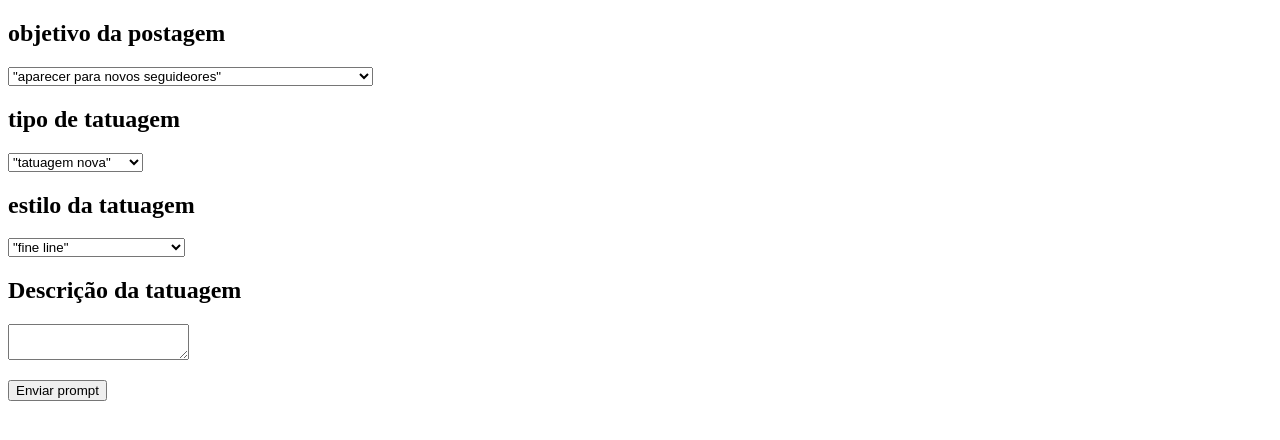
Repository: Ubiratandev/ink_api
Page: ink_IA/ink_ia.html
These files come from the project's save history. The page is drawn as it stood at one moment and after the next save; the edit follows.
The browser window is 1280 px wide. The pictures show the whole page.

Above is the page before, as saved 2026-03-23 23:09:26.

After the next save:
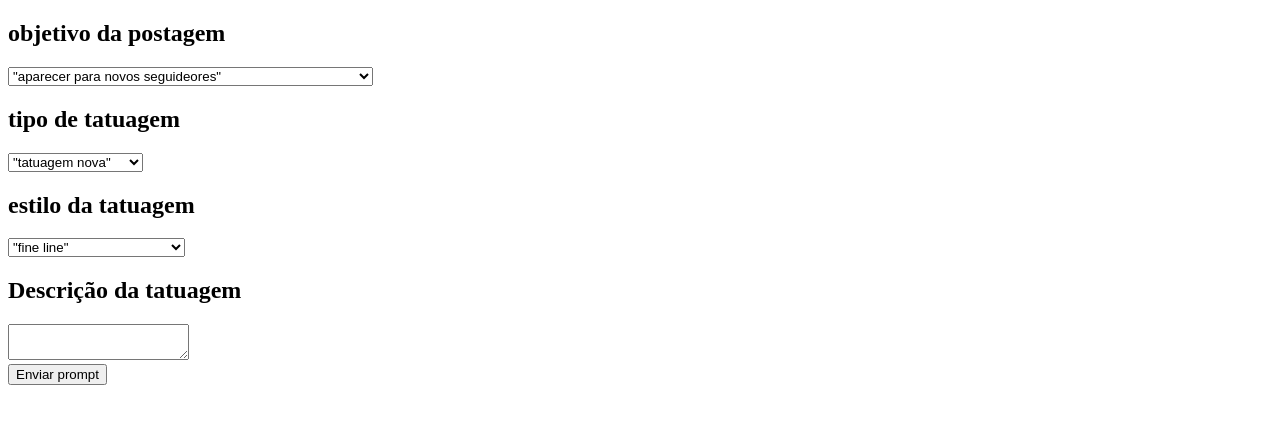
Saved 89 s later.
--- a/ink_IA/ink_ia.html
+++ b/ink_IA/ink_ia.html
@@ -65,13 +65,13 @@
 
   <textarea id="descricao"></textarea>
 
-  <p id="saida"></p>
+
 
   <script>
     let desc = "";
 
     const descricao = document.getElementById("descricao");
-    const saida = document.getElementById("saida");
+
 
     descricao.addEventListener("input", () => {
       desc = descricao.value;

After the save that followed:
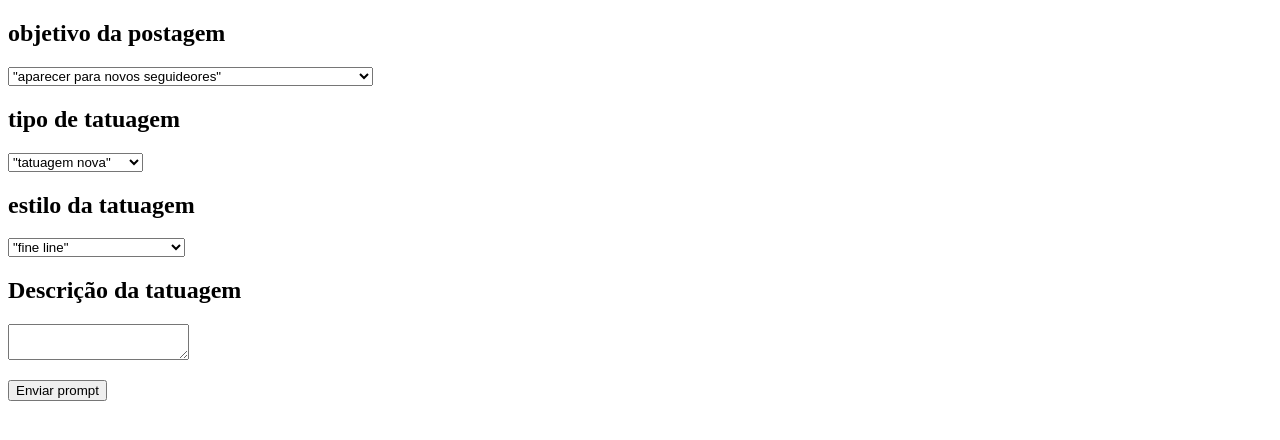
Saved 24 s later.
--- a/ink_IA/ink_ia.html
+++ b/ink_IA/ink_ia.html
@@ -65,13 +65,13 @@
 
   <textarea id="descricao"></textarea>
 
-
+  <p id="saida"></p>
 
   <script>
     let desc = "";
 
     const descricao = document.getElementById("descricao");
-
+    const saida = document.getElementById("saida");
 
     descricao.addEventListener("input", () => {
       desc = descricao.value;
